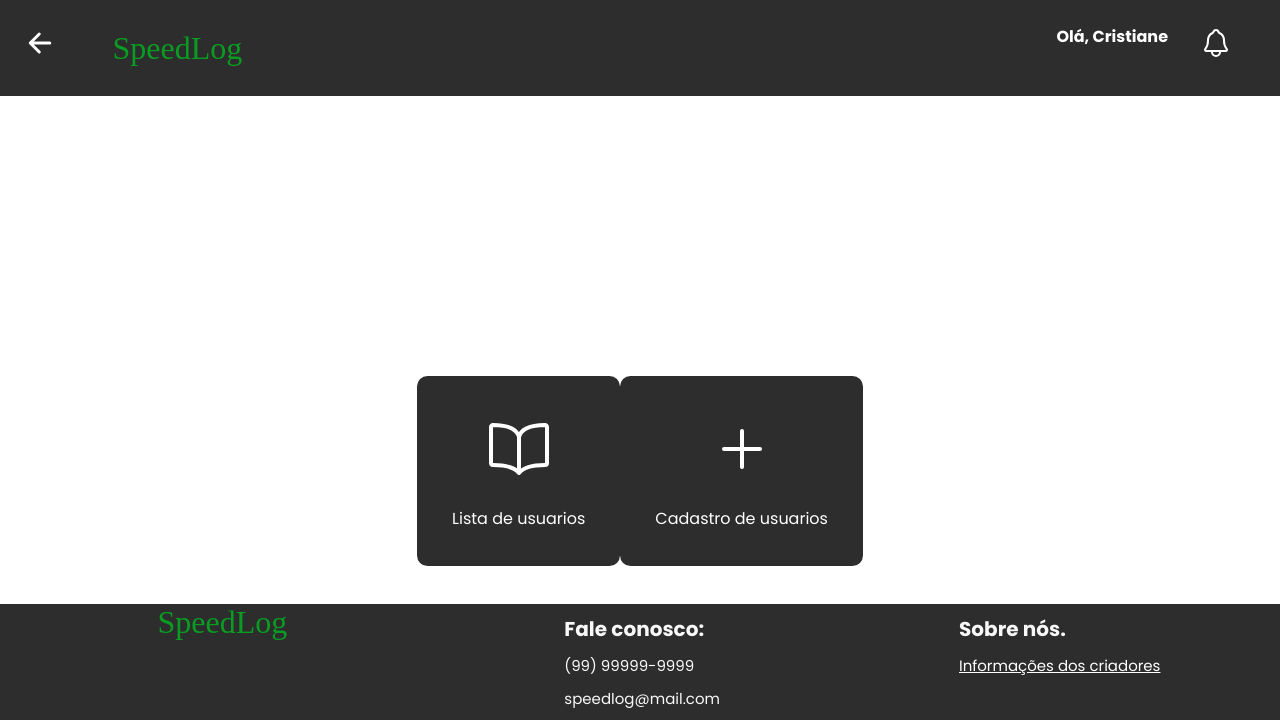
Repository: crisholiveira/speedlog
Page: http://localhost/usuarios
These files come from the project's save history. The page is drawn as it stood at one moment and after the next save; the edit follows.
The browser window is 1280 px wide. The pictures show the whole page.
Some web fonts or font styles are not loaded; a fallback is used. The page is served by the project's Node server (app.js).

Above is the page before, as saved 2022-01-29 13:55:26.

After the next save:
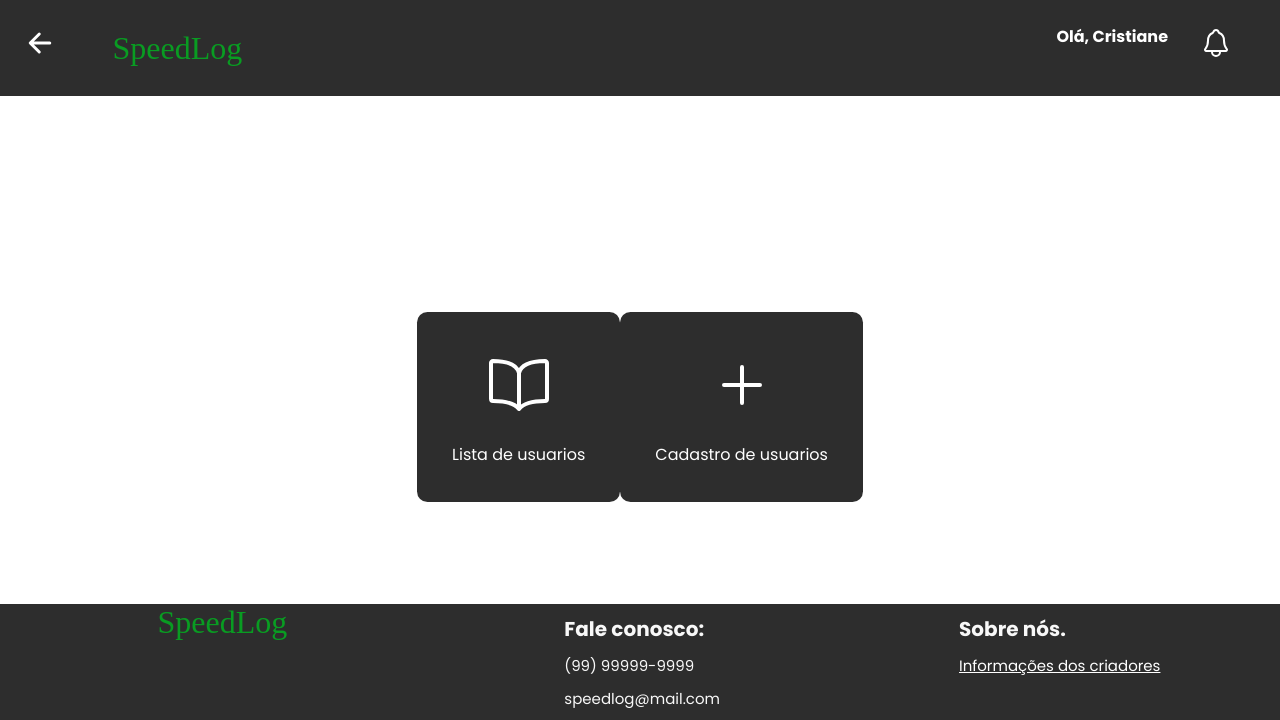
Saved 12 s later.
--- a/public/stylesheets/usuarios.css
+++ b/public/stylesheets/usuarios.css
@@ -13,7 +13,7 @@
         background-color:#2d2d2d;
         min-height: 20vh;
         min-width: 25vh;
-        margin-top: 5%;
+
         padding: 35px;
         border-radius: 10.5px;
         text-align: center;
